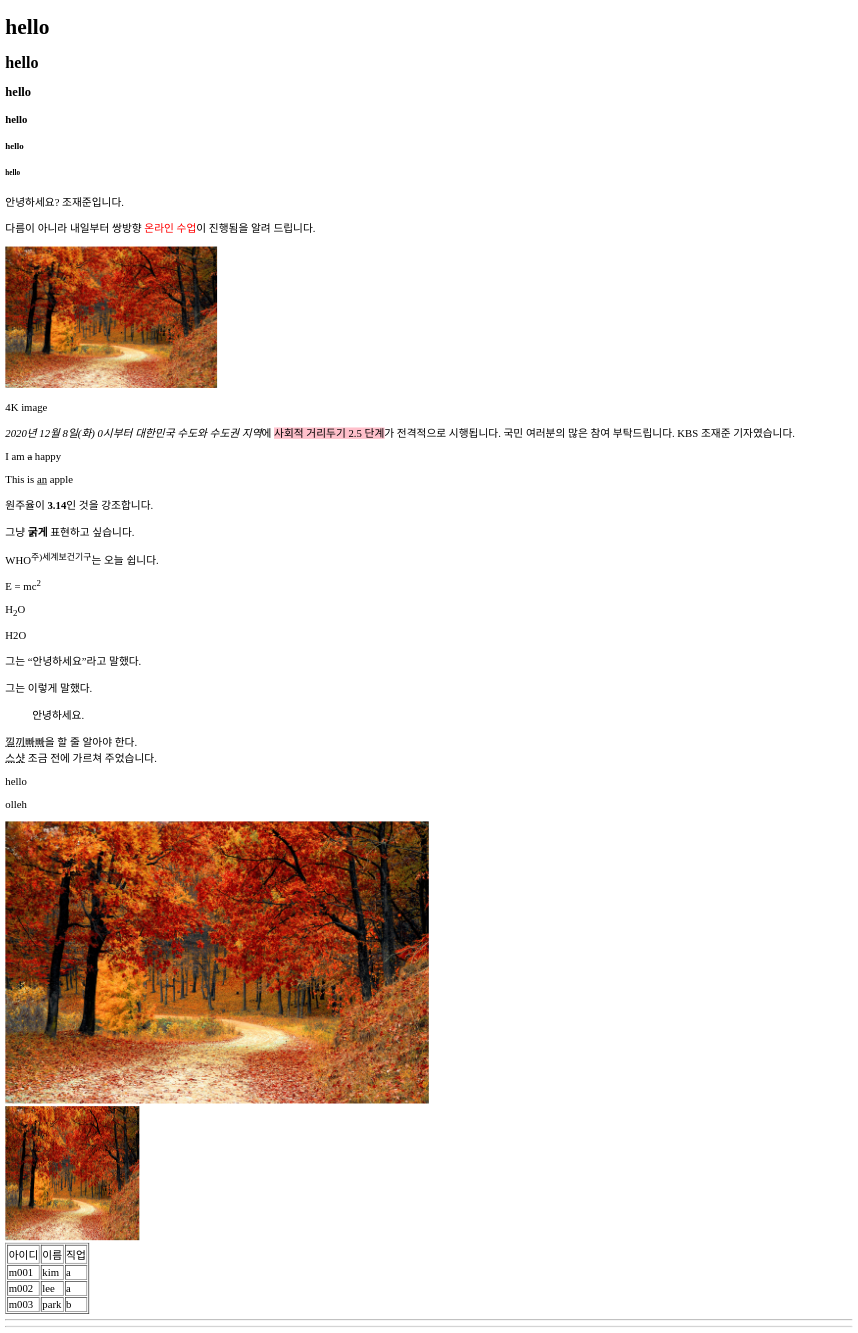
Repository: Chojaejun/javastudy
Page: HelloWorld/WebContent/f.html
An editor plug-in stored every save of this project. The page is shown before and after the next save, followed by the edit.
The browser window is 1280 px wide. The pictures show the whole page, at 67% of full size.

Above is the page before, as saved 2020-12-07 06:55:04.

After the next save:
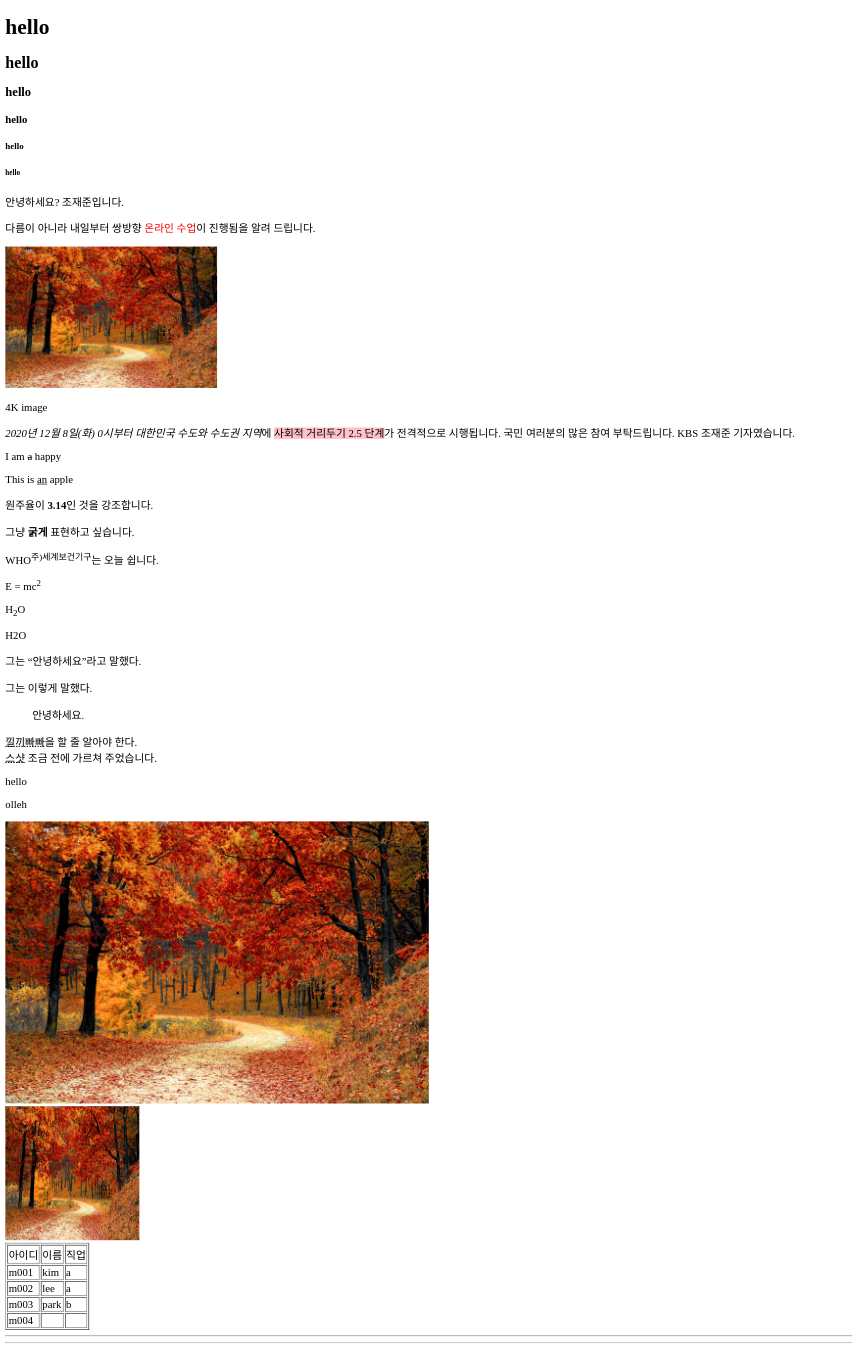
Saved 25 s later.
--- a/HelloWorld/WebContent/f.html
+++ b/HelloWorld/WebContent/f.html
@@ -108,6 +108,11 @@
 			<td>park</td>
 			<td>b</td>
 		</tr>
+		<tr>
+		<td>m004</td>
+			<td></td>
+			<td></td>
+		</tr>
 
 
 
